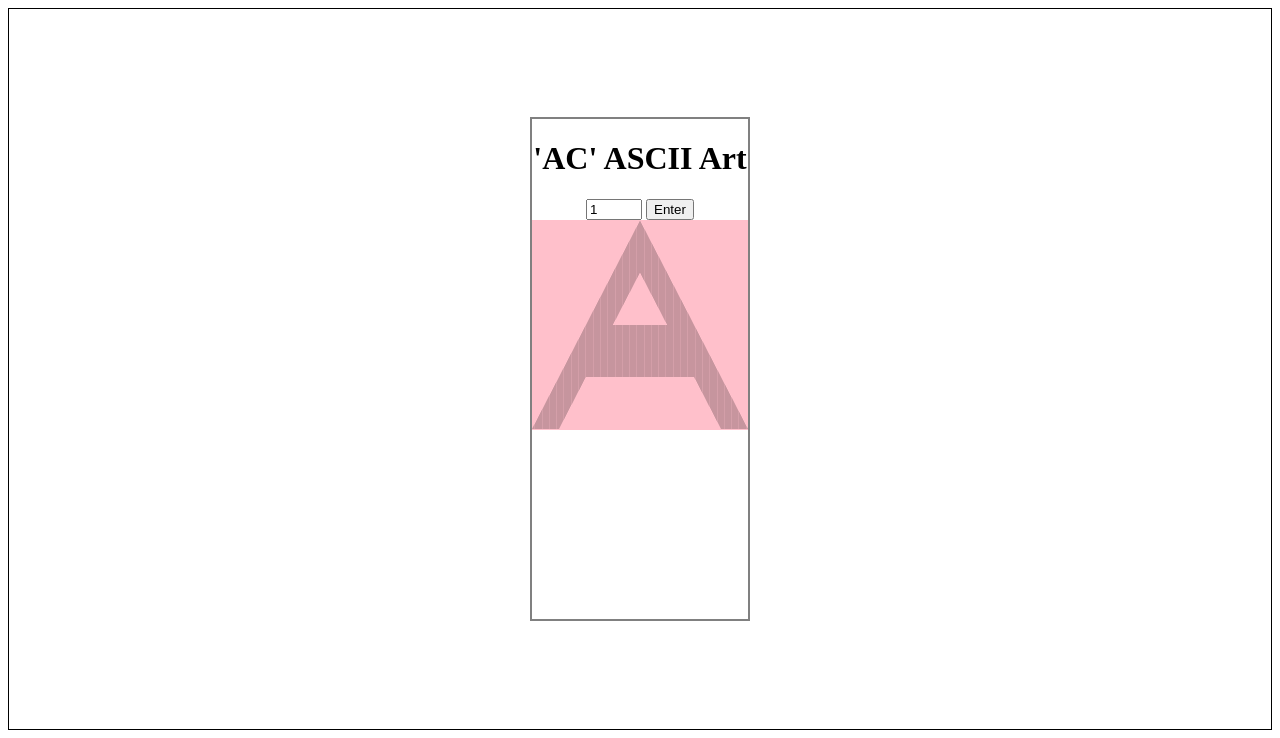
Repository: Achorn/ascii-art
Page: index.html
An editor plug-in stored every save of this project. The page is shown before and after a run of saves, followed by the edit.
The browser window is 1280 px wide. The pictures show the whole page.

Above is the page before, as saved 2021-08-09 18:38:08.

After the next 2 saves:
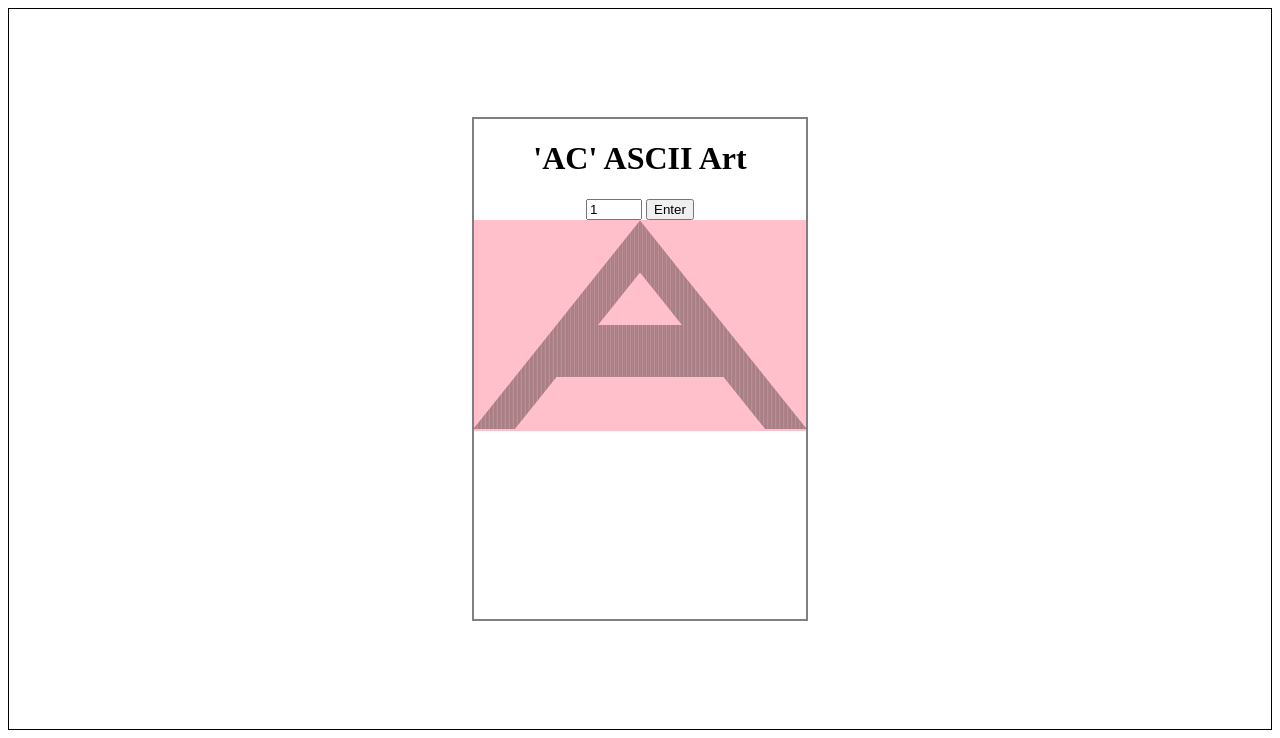
The 2 saves are shown as one change because they came seconds apart.
The last was saved 12 s later.
--- a/myscripts.js
+++ b/myscripts.js
@@ -80,7 +80,7 @@ trimA(scaledFour, scale);
 let scaledEight = scaleSpread(eight, 5);
 trimA(scaledEight, 4);
 // mono.innerHTML = halfArrToString(scaleSpread(four, 7));
-monoA.style.fontSize = `${45 / scale}px`;
+monoA.style.fontSize = `${70 / scale}px`;
 // monoC.style.fontSize = `${4 / scale}em`;
 monoA.innerHTML = halfArrToString(scaledFour);
 // monoC.innerHTML = arrToString(scaledEight);
